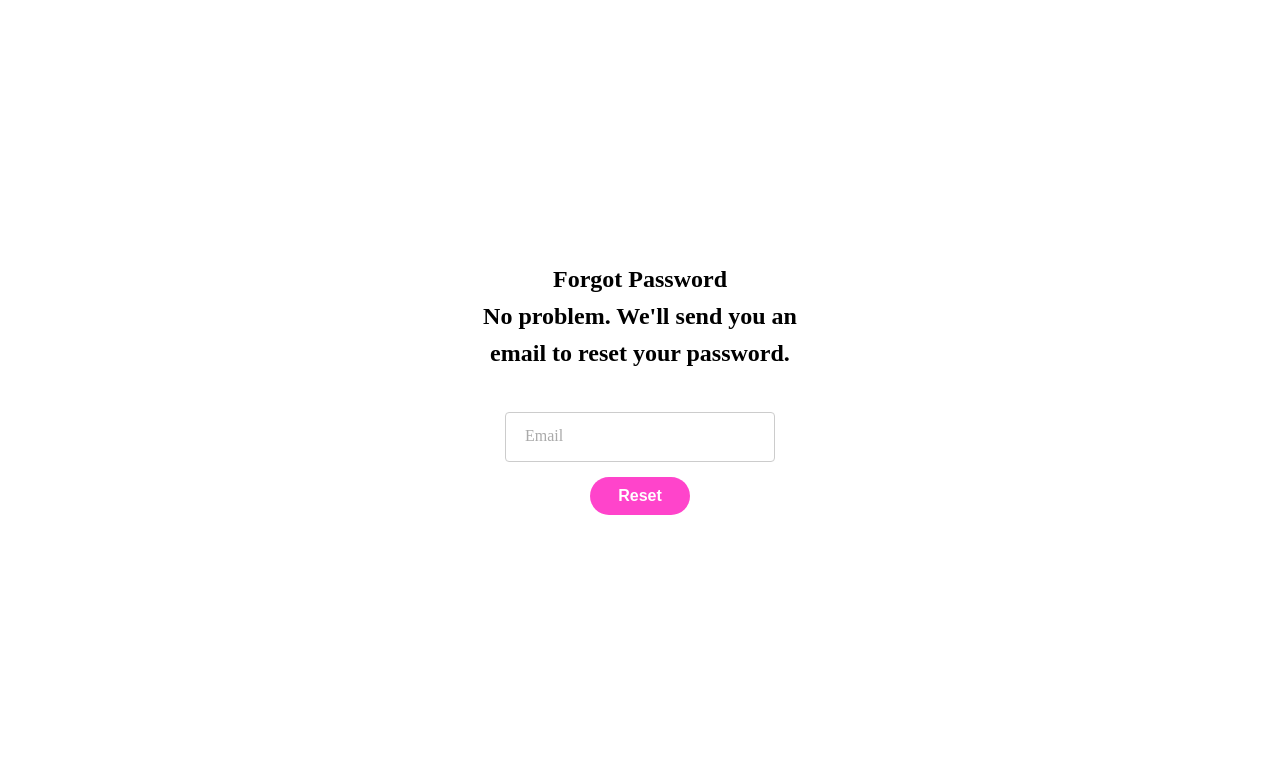
Repository: rajeshwari16945/Dream_Event_planner
Page: dep-admin-vendor-svc/src/main/resources/static/html/ForgotPassword.html
An editor plug-in stored every save of this project. The page is shown before and after the next save, followed by the edit.
The browser window is 1280 px wide. The pictures show the whole page.

Above is the page before, as saved 2025-04-05 03:01:57.

### dep-admin-vendor-svc/src/main/resources/static/html/ForgotPassword.html
<!DOCTYPE html>
<html>
	<head>
		<meta charset="UTF-8"/>
		<title>Dream Event Planner</title>
		<link type="text/css" rel="stylesheet" href="../css/style.css">
		<script src="../javascript/forgotPassword.js"></script>
	</head>
	<body>
		<div class="Forgot-password-page">
			<h1>Forgot Password</h1>
			<h1>No problem. We'll send you an</h1>
			<h1>email to reset your password.</h1>
			<form class="forgot-pswd-form">
				<div class="email-user">
					<input type="text" id="email" placeholder=" " />
					<label>Email</label>
					<p id="error-email"> </p>
				</div>
				<div><button id="resetPassword" class="reset-pswd">Reset</button></div>
			</form>
		</div>
		<div>
			<p id="success-msg"></p>
		</div>
	</body>
</html>

Loaded but not shown: dep-admin-vendor-svc/src/main/resources/static/javascript/forgotPassword.js (39 lines, source omitted); dep-admin-vendor-svc/src/main/resources/static/css/style.css (2274 lines, source omitted)

After the next save:
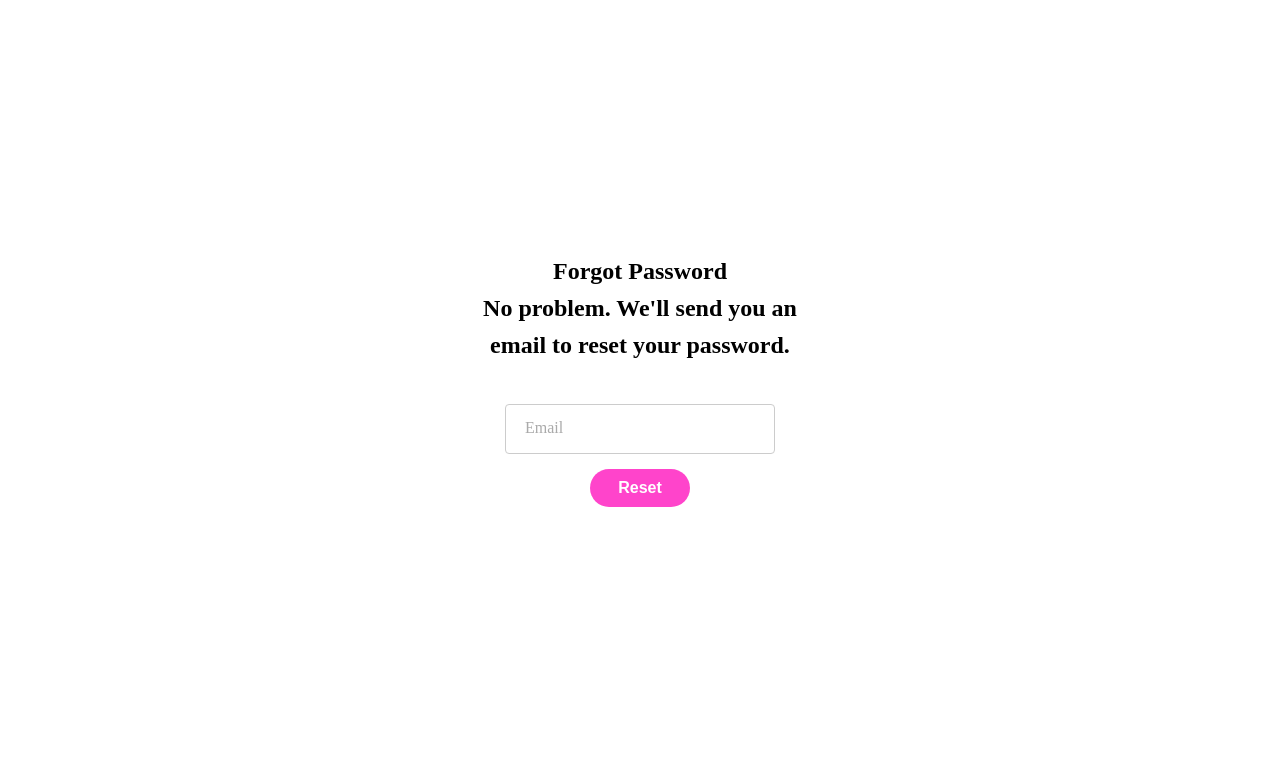
Saved 115 s later.
--- a/dep-admin-vendor-svc/src/main/resources/static/html/ForgotPassword.html
+++ b/dep-admin-vendor-svc/src/main/resources/static/html/ForgotPassword.html
@@ -19,9 +19,9 @@
 				</div>
 				<div><button id="resetPassword" class="reset-pswd">Reset</button></div>
 			</form>
-		</div>
-		<div>
-			<p id="success-msg"></p>
+			<div>
+				<p id="success-msg"></p>
+			</div>
 		</div>
 	</body>
 </html>
